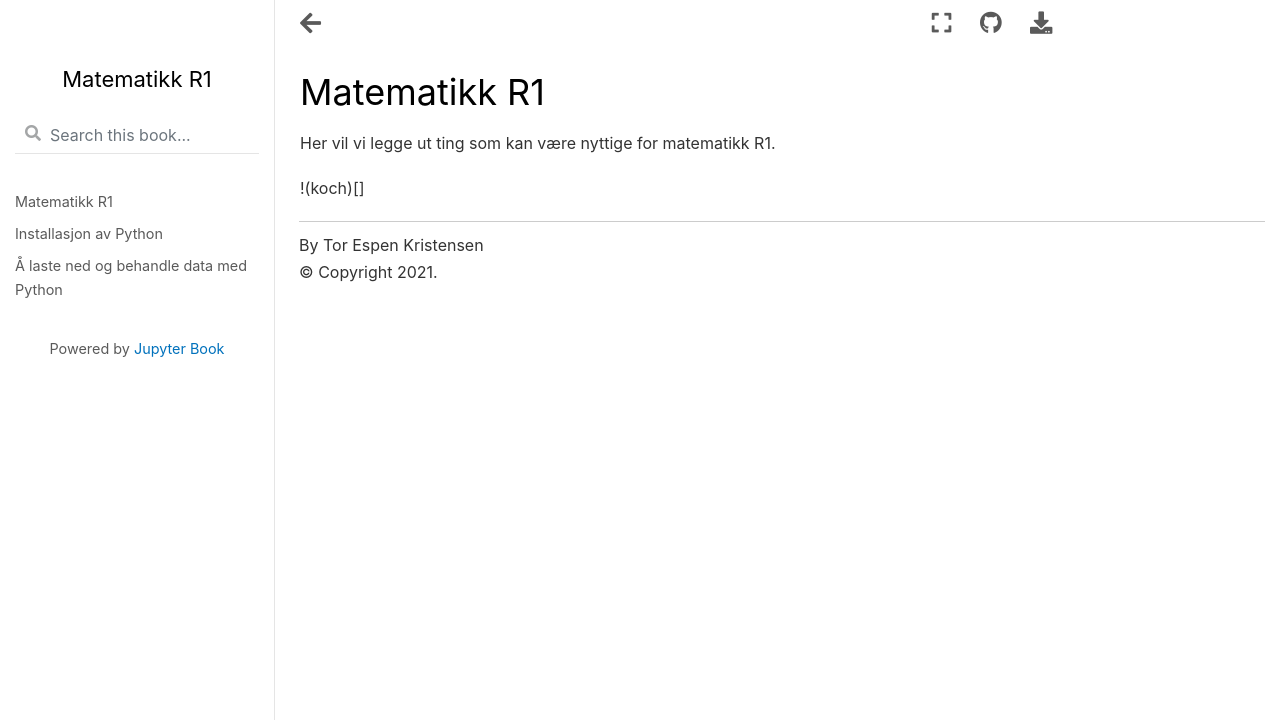
Repository: tork73/R1
Page: R1-programmering/_build/html/intro.html
An editor plug-in stored every save of this project. The page is shown before and after the next save, followed by the edit.
The browser window is 1280 px wide. The pictures show the whole page.

Above is the page before, as saved 2022-01-31 14:26:51.

### R1-programmering/_build/html/intro.html

<!DOCTYPE html>

<html>
  <head>
    <meta charset="utf-8" />
    <meta name="viewport" content="width=device-width, initial-scale=1.0" />
    <title>Matematikk R1 &#8212; Matematikk R1</title>

  <link href="../_static/css/theme.css" rel="stylesheet">
  <link href="../_static/css/index.ff1ffe594081f20da1ef19478df9384b.css" rel="stylesheet">


  <link rel="stylesheet"
    href="../_static/vendor/fontawesome/5.13.0/css/all.min.css">
  <link rel="preload" as="font" type="font/woff2" crossorigin
    href="../_static/vendor/fontawesome/5.13.0/webfonts/fa-solid-900.woff2">
  <link rel="preload" as="font" type="font/woff2" crossorigin
    href="../_static/vendor/fontawesome/5.13.0/webfonts/fa-brands-400.woff2">





    <link rel="stylesheet" type="text/css" href="../_static/pygments.css" />
    <link rel="stylesheet" type="text/css" href="../_static/sphinx-book-theme.css?digest=c3fdc42140077d1ad13ad2f1588a4309" />
    <link rel="stylesheet" type="text/css" href="../_static/togglebutton.css" />
    <link rel="stylesheet" type="text/css" href="../_static/copybutton.css" />
    <link rel="stylesheet" type="text/css" href="../_static/mystnb.css" />
    <link rel="stylesheet" type="text/css" href="../_static/sphinx-thebe.css" />
    <link rel="stylesheet" type="text/css" href="../_static/proof.css" />
    <link rel="stylesheet" type="text/css" href="../_static/panels-main.c949a650a448cc0ae9fd3441c0e17fb0.css" />
    <link rel="stylesheet" type="text/css" href="../_static/panels-variables.06eb56fa6e07937060861dad626602ad.css" />

  <link rel="preload" as="script" href="../_static/js/index.be7d3bbb2ef33a8344ce.js">

    <script data-url_root="../" id="documentation_options" src="../_static/documentation_options.js"></script>
    <script src="../_static/jquery.js"></script>
    <script src="../_static/underscore.js"></script>
    <script src="../_static/doctools.js"></script>
    <script src="../_static/togglebutton.js"></script>
    <script src="../_static/clipboard.min.js"></script>
    <script src="../_static/copybutton.js"></script>
    <script>var togglebuttonSelector = '.toggle, .admonition.dropdown, .tag_hide_input div.cell_input, .tag_hide-input div.cell_input, .tag_hide_output div.cell_output, .tag_hide-output div.cell_output, .tag_hide_cell.cell, .tag_hide-cell.cell';</script>
    <script src="../_static/sphinx-book-theme.d59cb220de22ca1c485ebbdc042f0030.js"></script>
    <script async="async" src="https://unpkg.com/thebe@0.5.1/lib/index.js"></script>
    <script>
        const thebe_selector = ".thebe"
        const thebe_selector_input = "pre"
        const thebe_selector_output = ".output"
    </script>
    <script async="async" src="../_static/sphinx-thebe.js"></script>
    <link rel="index" title="Index" href="../genindex.html" />
    <link rel="search" title="Search" href="../search.html" />
    <meta name="viewport" content="width=device-width, initial-scale=1" />
    <meta name="docsearch:language" content="None">


    <!-- Google Analytics -->

  </head>
  <body data-spy="scroll" data-target="#bd-toc-nav" data-offset="80">

    <div class="container-fluid" id="banner"></div>



    <div class="container-xl">
      <div class="row">

<div class="col-12 col-md-3 bd-sidebar site-navigation show" id="site-navigation">

        <div class="navbar-brand-box">
    <a class="navbar-brand text-wrap" href="../index.html">



      <h1 class="site-logo" id="site-title">Matematikk R1</h1>

    </a>
</div><form class="bd-search d-flex align-items-center" action="../search.html" method="get">
  <i class="icon fas fa-search"></i>
  <input type="search" class="form-control" name="q" id="search-input" placeholder="Search this book..." aria-label="Search this book..." autocomplete="off" >
</form><nav class="bd-links" id="bd-docs-nav" aria-label="Main">
    <div class="bd-toc-item active">
        <ul class="nav bd-sidenav">
 <li class="toctree-l1">
  <a class="reference internal" href="../intro.html">
   Matematikk R1
  </a>
 </li>
</ul>
<ul class="nav bd-sidenav">
 <li class="toctree-l1">
  <a class="reference internal" href="../innledning-programmering.html">
   Installasjon av Python
  </a>
 </li>
 <li class="toctree-l1">
  <a class="reference internal" href="../data-pandas.html">
   Å laste ned og behandle data med Python
  </a>
 </li>
</ul>

    </div>
</nav> <!-- To handle the deprecated key -->

<div class="navbar_extra_footer">
  Powered by <a href="https://jupyterbook.org">Jupyter Book</a>
</div>

</div>






<main class="col py-md-3 pl-md-4 bd-content overflow-auto" role="main">

    <div class="topbar container-xl fixed-top">
    <div class="topbar-contents row">
        <div class="col-12 col-md-3 bd-topbar-whitespace site-navigation show"></div>
        <div class="col pl-md-4 topbar-main">

            <button id="navbar-toggler" class="navbar-toggler ml-0" type="button" data-toggle="collapse"
                data-toggle="tooltip" data-placement="bottom" data-target=".site-navigation" aria-controls="navbar-menu"
                aria-expanded="true" aria-label="Toggle navigation" aria-controls="site-navigation"
                title="Toggle navigation" data-toggle="tooltip" data-placement="left">
                <i class="fas fa-bars"></i>
                <i class="fas fa-arrow-left"></i>
                <i class="fas fa-arrow-up"></i>
            </button>


<div class="dropdown-buttons-trigger">
    <button id="dropdown-buttons-trigger" class="btn btn-secondary topbarbtn" aria-label="Download this page"><i
            class="fas fa-download"></i></button>

    <div class="dropdown-buttons">
        <!-- ipynb file if we had a myst markdown file -->

        <!-- Download raw file -->
        <a class="dropdown-buttons" href="../_sources/.history/intro_20220131142651.md"><button type="button"
                class="btn btn-secondary topbarbtn" title="Download source file" data-toggle="tooltip"
                data-placement="left">.md</button></a>
        <!-- Download PDF via print -->
        <button type="button" id="download-print" class="btn btn-secondary topbarbtn" title="Print to PDF"
                onclick="printPdf(this)" data-toggle="tooltip" data-placement="left">.pdf</button>
    </div>
</div>

            <!-- Source interaction buttons -->

<div class="dropdown-buttons-trigger">
    <button id="dropdown-buttons-trigger" class="btn btn-secondary topbarbtn"
        aria-label="Connect with source repository"><i class="fab fa-github"></i></button>
    <div class="dropdown-buttons sourcebuttons">
        <a class="repository-button"
            href="https://github.com/executablebooks/jupyter-book"><button type="button" class="btn btn-secondary topbarbtn"
                data-toggle="tooltip" data-placement="left" title="Source repository"><i
                    class="fab fa-github"></i>repository</button></a>
        <a class="issues-button"
            href="https://github.com/executablebooks/jupyter-book/issues/new?title=Issue%20on%20page%20%2F.history/intro_20220131142651.html&body=Your%20issue%20content%20here."><button
                type="button" class="btn btn-secondary topbarbtn" data-toggle="tooltip" data-placement="left"
                title="Open an issue"><i class="fas fa-lightbulb"></i>open issue</button></a>

    </div>
</div>

            <!-- Full screen (wrap in <a> to have style consistency -->

<a class="full-screen-button"><button type="button" class="btn btn-secondary topbarbtn" data-toggle="tooltip"
        data-placement="bottom" onclick="toggleFullScreen()" aria-label="Fullscreen mode"
        title="Fullscreen mode"><i
            class="fas fa-expand"></i></button></a>

            <!-- Launch buttons -->

        </div>

        <!-- Table of contents -->
        <div class="d-none d-md-block col-md-2 bd-toc show noprint">

        </div>
    </div>
</div>
    <div id="main-content" class="row">
        <div class="col-12 col-md-9 pl-md-3 pr-md-0">
            <!-- Table of contents that is only displayed when printing the page -->
            <div id="jb-print-docs-body" class="onlyprint">
                <h1>Matematikk R1</h1>
                <!-- Table of contents -->
                <div id="print-main-content">
                    <div id="jb-print-toc">

                    </div>
                </div>
            </div>

              <div>

  <div class="tex2jax_ignore mathjax_ignore section" id="matematikk-r1">
<h1>Matematikk R1<a class="headerlink" href="#matematikk-r1" title="Permalink to this headline">¶</a></h1>
<p>Her vil vi legge ut ting som kan være nyttige for matematikk R1.</p>
<p>!(koch)[]</p>
</div>

    <script type="text/x-thebe-config">
    {
        requestKernel: true,
        binderOptions: {
            repo: "binder-examples/jupyter-stacks-datascience",
            ref: "master",
        },
        codeMirrorConfig: {
            theme: "abcdef",
            mode: "python"
        },
        kernelOptions: {
            kernelName: "python3",
            path: "./.history"
        },
        predefinedOutput: true
    }
    </script>
    <script>kernelName = 'python3'</script>

              </div>


                <!-- Previous / next buttons -->
<div class='prev-next-area'>
</div>

        </div>
    </div>
    <footer class="footer">
  <p>

      By Tor Espen Kristensen<br/>

        &copy; Copyright 2021.<br/>
  </p>
</footer>
</main>


      </div>
    </div>

  <script src="../_static/js/index.be7d3bbb2ef33a8344ce.js"></script>

  </body>
</html>

### R1-programmering/_build/html/_static/togglebutton.css
/* Visibility of the target */
.toggle, div.admonition.toggle .admonition-title ~ * {
    transition: opacity .5s, height .5s;
}

.toggle-hidden:not(.admonition) {
    visibility: hidden;
    opacity: 0;
    height: 1.5em;
    margin: 0px;
    padding: 0px;
}

/* Overrides for admonition toggles */

/* Titles should cut off earlier to avoid overlapping w/ button */
div.admonition.toggle p.admonition-title {
    padding-right: 25%;
}

/* hides all the content of a page until de-toggled */
div.admonition.toggle-hidden .admonition-title ~ * {
    height: 0;
    margin: 0;
    float: left; /* so they overlap when hidden */
    opacity: 0;
    visibility: hidden;
}

/* Toggle buttons inside admonitions so we see the title */
.toggle.admonition {
    position: relative;
}

.toggle.admonition.admonition-title:after {
    content: "" !important;
}

/* Note, we'll over-ride this in sphinx-book-theme */
.toggle.admonition button.toggle-button {
    margin-right: 0.5em;
    right: 0em;
    position: absolute;
    top: .2em;
}

/* General button style */
button.toggle-button {
    background: #999;
    border: none;
    z-index: 100;
    right: -2.5em;
    margin-left: -2.5em; /* A hack to keep code blocks from being pushed left */
    position: relative;
    float: right;
    border-radius: 100%;
    width: 1.5em;
    height: 1.5em;
    padding: 0px;
}

@media (min-width: 768px) {
    button.toggle-button.toggle-button-hidden:before {
        content: "Click to show";
        position: absolute;
        font-size: .8em;
        left: -6.5em;
        bottom: .4em;
    }
}


/* Plus / minus toggles */
.toggle-button .bar {
    background-color: white;
    position: absolute;
    left: 15%;
    top: 43%;
    width: 16px;
    height: 3px;
}

.toggle-button .vertical {
    transition: all 0.25s ease-in-out;
    transform-origin: center;
}

.toggle-button-hidden .vertical {
    transform: rotate(-90deg);
}

### R1-programmering/_build/html/_static/copybutton.css
/* Copy buttons */
button.copybtn {
    position: absolute;
    display: flex;
    top: .3em;
    right: .5em;
    width: 1.7em;
    height: 1.7em;
	opacity: 0;
    transition: opacity 0.3s, border .3s, background-color .3s;
    user-select: none;
    padding: 0;
    border: none;
    outline: none;
    border-radius: 0.4em;
    border: #e1e1e1 1px solid;
    background-color: rgb(245, 245, 245);
}

button.copybtn.success {
    border-color: #22863a;
}

button.copybtn img {
    width: 100%;
    padding: .2em;
}

div.highlight  {
    position: relative;
}

.highlight:hover button.copybtn {
	opacity: 1;
}

.highlight button.copybtn:hover {
    background-color: rgb(235, 235, 235);
}

.highlight button.copybtn:active {
    background-color: rgb(187, 187, 187);
}

/**
 * A minimal CSS-only tooltip copied from:
 *   https://codepen.io/mildrenben/pen/rVBrpK
 *
 * To use, write HTML like the following:
 *
 * <p class="o-tooltip--left" data-tooltip="Hey">Short</p>
 */
 .o-tooltip--left {
  position: relative;
 }

 .o-tooltip--left:after {
    opacity: 0;
    visibility: hidden;
    position: absolute;
    content: attr(data-tooltip);
    padding: .2em;
    font-size: .8em;
    left: -.2em;
    background: grey;
    color: white;
    white-space: nowrap;
    z-index: 2;
    border-radius: 2px;
    transform: translateX(-102%) translateY(0);
    transition: opacity 0.2s cubic-bezier(0.64, 0.09, 0.08, 1), transform 0.2s cubic-bezier(0.64, 0.09, 0.08, 1);
}

.o-tooltip--left:hover:after {
    display: block;
    opacity: 1;
    visibility: visible;
    transform: translateX(-100%) translateY(0);
    transition: opacity 0.2s cubic-bezier(0.64, 0.09, 0.08, 1), transform 0.2s cubic-bezier(0.64, 0.09, 0.08, 1);
    transition-delay: .5s;
}

### R1-programmering/_build/html/_static/mystnb.css
/* Whole cell */
div.container.cell {
  padding-left: 0;
  margin-bottom: 1em;
}

/* Removing all background formatting so we can control at the div level */
.cell_input div.highlight, .cell_output pre, .cell_input pre, .cell_output .output {
  border: none;
  box-shadow: none;
}

.cell_output .output pre, .cell_input pre {
  margin: 0px;
}

/* Input cells */
div.cell div.cell_input {
  padding-left: 0em;
  padding-right: 0em;
  border: 1px #ccc solid;
  background-color: #f7f7f7;
  border-left-color: green;
  border-left-width: medium;
}

div.cell_input > div, div.cell_output div.output > div.highlight {
  margin: 0em !important;
  border: none !important;
}

/* All cell outputs */
.cell_output {
  padding-left: 1em;
  padding-right: 0em;
  margin-top: 1em;
}

/* Outputs from jupyter_sphinx overrides to remove extra CSS */
div.section div.jupyter_container {
  padding: .4em;
  margin: 0 0 .4em 0;
  background-color: none;
  border: none;
  -moz-box-shadow: none;
  -webkit-box-shadow: none;
  box-shadow: none;
}

/* Text outputs from cells */
.cell_output .output.text_plain,
.cell_output .output.traceback,
.cell_output .output.stream,
.cell_output .output.stderr
  {
  background: #fcfcfc;
  margin-top: 1em;
  margin-bottom: 0em;
  box-shadow: none;
}

.cell_output .output.text_plain,
.cell_output .output.stream,
.cell_output .output.stderr {
  border: 1px solid #f7f7f7;
}

.cell_output .output.stderr {
  background: #fdd;
}

.cell_output .output.traceback {
  border: 1px solid #ffd6d6;
}

/* Math align to the left */
.cell_output .MathJax_Display {
  text-align: left !important;
}

/* Pandas tables. Pulled from the Jupyter / nbsphinx CSS */
div.cell_output table {
    border: none;
    border-collapse: collapse;
    border-spacing: 0;
    color: black;
    font-size: 1em;
    table-layout: fixed;
  }
  div.cell_output thead {
    border-bottom: 1px solid black;
    vertical-align: bottom;
  }
  div.cell_output tr,
  div.cell_output th,
  div.cell_output td {
    text-align: right;
    vertical-align: middle;
    padding: 0.5em 0.5em;
    line-height: normal;
    white-space: normal;
    max-width: none;
    border: none;
  }
  div.cell_output th {
    font-weight: bold;
  }
  div.cell_output tbody tr:nth-child(odd) {
    background: #f5f5f5;
  }
  div.cell_output tbody tr:hover {
    background: rgba(66, 165, 245, 0.2);
  }


/* Inline text from `paste` operation */

span.pasted-text {
  font-weight: bold;
}

span.pasted-inline img {
  max-height: 2em;
}

tbody span.pasted-inline img {
  max-height: none;
}

/* Font colors for translated ANSI escape sequences
Color values are adapted from share/jupyter/nbconvert/templates/classic/static/style.css
*/
div.highlight .-Color-Bold {
  font-weight: bold;
}
div.highlight .-Color[class*=-Black] {
  color :#3E424D
}
div.highlight .-Color[class*=-Red] {
  color: #E75C58
}
div.highlight .-Color[class*=-Green] {
  color: #00A250
}
div.highlight .-Color[class*=-Yellow] {
  color: yellow
}
div.highlight .-Color[class*=-Blue] {
  color: #208FFB
}
div.highlight .-Color[class*=-Magenta] {
  color: #D160C4
}
div.highlight .-Color[class*=-Cyan] {
  color: #60C6C8
}
div.highlight .-Color[class*=-White] {
  color: #C5C1B4
}
div.highlight .-Color[class*=-BGBlack] {
  background-color: #3E424D
}
div.highlight .-Color[class*=-BGRed] {
  background-color: #E75C58
}
div.highlight .-Color[class*=-BGGreen] {
  background-color: #00A250
}
div.highlight .-Color[class*=-BGYellow] {
  background-color: yellow
}
div.highlight .-Color[class*=-BGBlue] {
  background-color: #208FFB
}
div.highlight .-Color[class*=-BGMagenta] {
  background-color: #D160C4
}
div.highlight .-Color[class*=-BGCyan] {
  background-color: #60C6C8
}
div.highlight .-Color[class*=-BGWhite] {
  background-color: #C5C1B4
}

### R1-programmering/_build/html/_static/sphinx-thebe.css
/* Thebelab Buttons */
.thebelab-button {
    z-index: 999;
    display: inline-block;
    padding: 0.35em 1.2em;
    margin: 0px 1px;
    border-radius: 0.12em;
    box-sizing:  border-box;
    text-decoration: none;
    font-family: 'Roboto', sans-serif;
    font-weight: 300;
    text-align: center;
    transition: all 0.2s;
    background-color: #dddddd;
    border: 0.05em solid white;
    color: #000000;
}

.thebelab-button:hover{
    border: 0.05em solid black;
    background-color: #fcfcfc;
}

.thebe-launch-button {
    height: 2.2em;
    font-size: .8em;
    border: 1px black solid;
}

/* Thebelab Cell */
.thebelab-cell pre {
  background: none;
}

.thebelab-cell .thebelab-input {
    padding-left: 1em;
    margin-bottom: .5em;
    margin-top: .5em;
}

.thebelab-cell .jp-OutputArea {
    margin-top: .5em;
    margin-left: 1em;
}

button.thebelab-button.thebelab-run-button {
    margin-left: 1.5em;
    margin-bottom: .5em;
}

/* Loading button */
button.thebe-launch-button div.spinner {
    float: left;
    margin-right: 1em;
}

/* Remove the spinner when thebelab is ready */
.thebe-launch-button.thebe-status-ready .spinner {
    display: none;
}

.thebe-launch-button span.status {
    font-family: monospace;
    font-weight: bold;
}

.thebe-launch-button.thebe-status-ready span.status {
    color: green;
}

.spinner {
    height: 2em;
    text-align: center;
    font-size: 0.7em;
  }

  .spinner > div {
    background-color: #F37726;
    height: 100%;
    width: 6px;
    display: inline-block;

    -webkit-animation: sk-stretchdelay 1.2s infinite ease-in-out;
    animation: sk-stretchdelay 1.2s infinite ease-in-out;
  }

  .spinner .rect2 {
    -webkit-animation-delay: -1.1s;
    animation-delay: -1.1s;
  }

  .spinner .rect3 {
    -webkit-animation-delay: -1.0s;
    animation-delay: -1.0s;
  }

  .spinner .rect4 {
    -webkit-animation-delay: -0.9s;
    animation-delay: -0.9s;
  }

  .spinner .rect5 {
    -webkit-animation-delay: -0.8s;
    animation-delay: -0.8s;
  }

  @-webkit-keyframes sk-stretchdelay {
    0%, 40%, 100% { -webkit-transform: scaleY(0.4) }
    20% { -webkit-transform: scaleY(1.0) }
  }

  @keyframes sk-stretchdelay {
    0%, 40%, 100% {
      transform: scaleY(0.4);
      -webkit-transform: scaleY(0.4);
    }  20% {
      transform: scaleY(1.0);
      -webkit-transform: scaleY(1.0);
    }
  }

### R1-programmering/_build/html/_static/panels-main.c949a650a448cc0ae9fd3441c0e17fb0.css
details.dropdown .summary-title{padding-right:3em !important;-moz-user-select:none;-ms-user-select:none;-webkit-user-select:none;user-select:none}details.dropdown:hover{cursor:pointer}details.dropdown .summary-content{cursor:default}details.dropdown summary{list-style:none;padding:1em}details.dropdown summary .octicon.no-title{vertical-align:middle}details.dropdown[open] summary .octicon.no-title{visibility:hidden}details.dropdown summary::-webkit-details-marker{display:none}details.dropdown summary:focus{outline:none}details.dropdown summary:hover .summary-up svg,details.dropdown summary:hover .summary-down svg{opacity:1}details.dropdown .summary-up svg,details.dropdown .summary-down svg{display:block;opacity:.6}details.dropdown .summary-up,details.dropdown .summary-down{pointer-events:none;position:absolute;right:1em;top:.75em}details.dropdown[open] .summary-down{visibility:hidden}details.dropdown:not([open]) .summary-up{visibility:hidden}details.dropdown.fade-in[open] summary~*{-moz-animation:panels-fade-in .5s ease-in-out;-webkit-animation:panels-fade-in .5s ease-in-out;animation:panels-fade-in .5s ease-in-out}details.dropdown.fade-in-slide-down[open] summary~*{-moz-animation:panels-fade-in .5s ease-in-out, panels-slide-down .5s ease-in-out;-webkit-animation:panels-fade-in .5s ease-in-out, panels-slide-down .5s ease-in-out;animation:panels-fade-in .5s ease-in-out, panels-slide-down .5s ease-in-out}@keyframes panels-fade-in{0%{opacity:0}100%{opacity:1}}@keyframes panels-slide-down{0%{transform:translate(0, -10px)}100%{transform:translate(0, 0)}}.octicon{display:inline-block;fill:currentColor;vertical-align:text-top}.tabbed-content{box-shadow:0 -.0625rem var(--tabs-color-overline),0 .0625rem var(--tabs-color-underline);display:none;order:99;padding-bottom:.75rem;padding-top:.75rem;width:100%}.tabbed-content>:first-child{margin-top:0 !important}.tabbed-content>:last-child{margin-bottom:0 !important}.tabbed-content>.tabbed-set{margin:0}.tabbed-set{border-radius:.125rem;display:flex;flex-wrap:wrap;margin:1em 0;position:relative}.tabbed-set>input{opacity:0;position:absolute}.tabbed-set>input:checked+label{border-color:var(--tabs-color-label-active);color:var(--tabs-color-label-active)}.tabbed-set>input:checked+label+.tabbed-content{display:block}.tabbed-set>input:focus+label{outline-style:auto}.tabbed-set>input:not(.focus-visible)+label{outline:none;-webkit-tap-highlight-color:transparent}.tabbed-set>label{border-bottom:.125rem solid transparent;color:var(--tabs-color-label-inactive);cursor:pointer;font-size:var(--tabs-size-label);font-weight:700;padding:1em 1.25em .5em;transition:color 250ms;width:auto;z-index:1}html .tabbed-set>label:hover{color:var(--tabs-color-label-active)}

Loaded but not shown: R1-programmering/_build/html/_static/css/index.ff1ffe594081f20da1ef19478df9384b.css (library); R1-programmering/_build/html/_static/vendor/fontawesome/5.13.0/css/all.min.css (library); R1-programmering/_build/html/_static/sphinx-book-theme.css (library); R1-programmering/_build/html/_static/panels-variables.06eb56fa6e07937060861dad626602ad.css (common file); R1-programmering/_build/html/_static/js/index.be7d3bbb2ef33a8344ce.js (library); R1-programmering/_build/html/_static/documentation_options.js (common file); R1-programmering/_build/html/_static/jquery.js (library); R1-programmering/_build/html/_static/underscore.js (library); R1-programmering/_build/html/_static/clipboard.min.js (library); R1-programmering/_build/html/_static/doctools.js (323 lines, source omitted); R1-programmering/_build/html/_static/copybutton.js (197 lines, source omitted); R1-programmering/_build/html/_static/sphinx-thebe.js (96 lines, source omitted); R1-programmering/_build/html/_static/sphinx-book-theme.d59cb220de22ca1c485ebbdc042f0030.js (22 lines, source omitted); R1-programmering/_build/html/_static/togglebutton.js (76 lines, source omitted); R1-programmering/_build/html/_static/basic.css (905 lines, source omitted); R1-programmering/_build/html/_static/proof.css (196 lines, source omitted); R1-programmering/_build/html/_static/css/theme.css (120 lines, source omitted); R1-programmering/_build/html/_static/pygments.css (69 lines, source omitted)

After the next save:
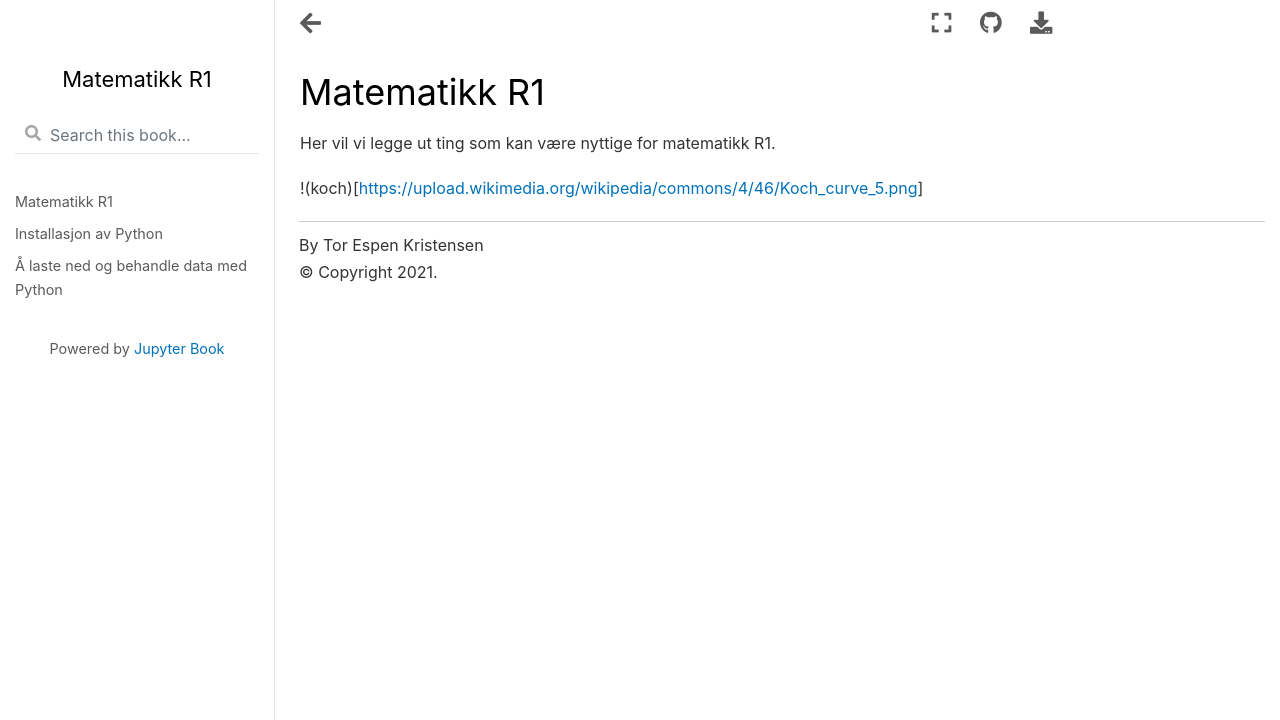
Saved 1 s later.
--- a/R1-programmering/_build/html/intro.html
+++ b/R1-programmering/_build/html/intro.html
@@ -142,7 +142,7 @@
         <!-- ipynb file if we had a myst markdown file -->
 
         <!-- Download raw file -->
-        <a class="dropdown-buttons" href="../_sources/.history/intro_20220131142651.md"><button type="button"
+        <a class="dropdown-buttons" href="../_sources/.history/intro_20220131142652.md"><button type="button"
                 class="btn btn-secondary topbarbtn" title="Download source file" data-toggle="tooltip"
                 data-placement="left">.md</button></a>
         <!-- Download PDF via print -->
@@ -162,7 +162,7 @@
                 data-toggle="tooltip" data-placement="left" title="Source repository"><i
                     class="fab fa-github"></i>repository</button></a>
         <a class="issues-button"
-            href="https://github.com/executablebooks/jupyter-book/issues/new?title=Issue%20on%20page%20%2F.history/intro_20220131142651.html&body=Your%20issue%20content%20here."><button
+            href="https://github.com/executablebooks/jupyter-book/issues/new?title=Issue%20on%20page%20%2F.history/intro_20220131142652.html&body=Your%20issue%20content%20here."><button
                 type="button" class="btn btn-secondary topbarbtn" data-toggle="tooltip" data-placement="left"
                 title="Open an issue"><i class="fas fa-lightbulb"></i>open issue</button></a>
 
@@ -204,7 +204,7 @@
   <div class="tex2jax_ignore mathjax_ignore section" id="matematikk-r1">
 <h1>Matematikk R1<a class="headerlink" href="#matematikk-r1" title="Permalink to this headline">¶</a></h1>
 <p>Her vil vi legge ut ting som kan være nyttige for matematikk R1.</p>
-<p>!(koch)[]</p>
+<p>!(koch)[<a class="reference external" href="https://upload.wikimedia.org/wikipedia/commons/4/46/Koch_curve_5.png">https://upload.wikimedia.org/wikipedia/commons/4/46/Koch_curve_5.png</a>]</p>
 </div>
 
     <script type="text/x-thebe-config">
